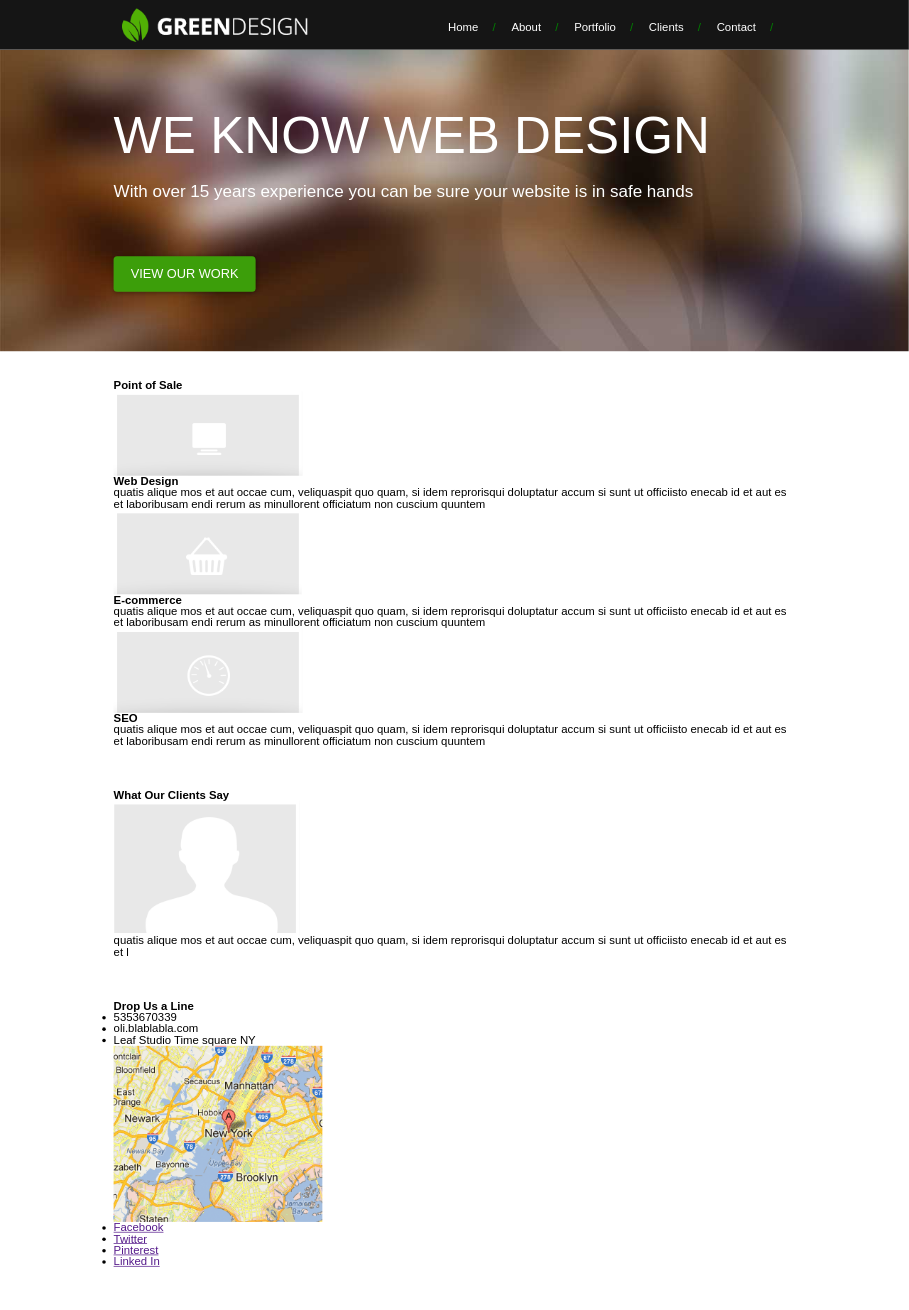
Repository: Piterwk1/psd-to-html
Page: website/index.html
The author's editor kept a copy of each file at every save. The page is drawn from the files as they stood at one save, then again after the next save.
The browser window is 1280 px wide. The pictures show the whole page, at 71% of full size.

Above is the page before, as saved 2021-09-14 20:57:07.

### website/index.html
<html lang="en">

<head>
    <meta charset="UTF-8">
    <meta http-equiv="X-UA-Compatible" content="IE=edge">
    <meta name="viewport" content="width=device-width, initial-scale=1.0">
    <title>Green Design</title>
    <link rel="stylesheet" href="style.css">
</head>

<body>
    <header>
        <div class="wrapper">
            <h1 id="logo">Green Design</h1>
            <nav>
                <h2>Main Navigation</h2>
                <ul>
                    <li><a href="">Home</a><span>/</span></li>
                    <li><a href="">About</a><span>/</span></li>
                    <li><a href="">Portfolio</a><span>/</span></li>
                    <li><a href="">Clients</a><span>/</span></li>
                    <li><a href="">Contact</a><span>/</span></li>
                </ul>
            </nav>
        </div>
    </header>
    <div id="lead-banner">
        <img src="images/Baner.jpg" alt="main banner">
        <div class="banner-overlay">
            <div class="wrapper">
                <div class="banner-title">We know web Design</div>
                <p>With over 15 years experience you can be sure your website is in safe hands</p>
                <a href="">View our work</a>
            </div>
        </div>
    </div>
    <div id="main-content">

        <div class="wrapper">

            <section id="points-of-sale">
                <h2>Point of Sale</h2>
                <ul>
                    <li>
                        <img src="images/cs1.png" alt="Web Design">
                        <h3>Web Design</h3>
                        <p>quatis alique mos et aut occae cum, veliquaspit quo quam, si idem reprorisqui doluptatur
                            accum si
                            sunt ut officiisto enecab id et aut es et laboribusam endi rerum as minullorent officiatum
                            non
                            cuscium quuntem</p>
                    </li>
                    <li>
                        <img src="images/cs2.png" alt="E-commerce">
                        <h3>E-commerce</h3>
                        <p>quatis alique mos et aut occae cum, veliquaspit quo quam, si idem reprorisqui doluptatur
                            accum si
                            sunt ut officiisto enecab id et aut es et laboribusam endi rerum as minullorent officiatum
                            non
                            cuscium quuntem</p>
                    </li>
                    <li>
                        <img src="images/cs3.png" alt="SEO">
                        <h3>SEO</h3>
                        <p>quatis alique mos et aut occae cum, veliquaspit quo quam, si idem reprorisqui doluptatur
                            accum si
                            sunt ut officiisto enecab id et aut es et laboribusam endi rerum as minullorent officiatum
                            non
                            cuscium quuntem</p>
                    </li>
                </ul>
            </section>
            <section id="clients">
                <h2>What Our Clients Say</h2>
                <img src="images/head.png" alt="head">
                <!-- <img src="images/quotes.png" alt="quotes"> -->
                <blockquote>quatis alique mos et aut occae cum, veliquaspit quo quam, si idem reprorisqui doluptatur
                    accum
                    si sunt ut officiisto enecab id et aut es et l</blockquote>
            </section>
            <section id="contact">
                <h2>Drop Us a Line</h2>
                <ul id="contact-methods">
                    <li>5353670339</li>
                    <li>oli.blablabla.com</li>
                    <li>
                        <span>Leaf Studio</span>
                        <span>Time square</span>
                        <span>NY</span>
                    </li>
                </ul>
                <img src="images/map.png" alt="map">
                <ul id="social-map">
                    <li class="facebook"><a href="">Facebook</a></li>
                    <li class="twitter"><a href="">Twitter</a></li>
                    <li class="pinterest"><a href="">Pinterest</a></li>
                    <li class="linked-in"><a href="">Linked In</a></li>
                </ul>
            </section>
        </div>
    </div>
</body>

</html>

### website/style.css
html,
body,
div,
span,
object,
iframe,
h1,
h2,
h3,
h4,
h5,
h6,
p,
blockquote,
pre,
abbr,
address,
cite,
code,
del,
dfn,
em,
img,
ins,
kbd,
q,
samp,
small,
strong,
sub,
sup,
var,
b,
i,
dl,
dt,
dd,
ol,
ul,
li,
fieldset,
form,
label,
legend,
table,
caption,
tbody,
tfoot,
thead,
tr,
th,
td,
article,
aside,
canvas,
details,
figcaption,
figure,
footer,
header,
hgroup,
menu,
nav,
section,
summary,
time,
mark,
audio,
video {
  margin: 0;
  padding: 0;
  border: 0;
  outline: 0;
  font-size: 100%;
  vertical-align: baseline;
  background: transparent;
  font-family: arial;
}

body {
  line-height: 1;
}

article,
aside,
details,
figcaption,
figure,
footer,
header,
hgroup,
menu,
nav,
section {
  display: block;
}

nav ul {
  list-style: none;
}

blockquote,
q {
  quotes: none;
}

blockquote:before,
blockquote:after,
q:before,
q:after {
  content: "";
  content: none;
}

a {
  margin: 0;
  padding: 0;
  font-size: 100%;
  vertical-align: baseline;
  background: transparent;
}

/* change colours to suit your needs */
ins {
  background-color: #ff9;
  color: #000;
  text-decoration: none;
}

/* change colours to suit your needs */
mark {
  background-color: #ff9;
  color: #000;
  font-style: italic;
  font-weight: bold;
}

del {
  text-decoration: line-through;
}

abbr[title],
dfn[title] {
  border-bottom: 1px dotted;
  cursor: help;
}

table {
  border-collapse: collapse;
  border-spacing: 0;
}

/* change border colour to suit your needs */
hr {
  display: block;
  height: 1px;
  border: 0;
  border-top: 1px solid #cccccc;
  margin: 1em 0;
  padding: 0;
}

input,
select {
  vertical-align: middle;
}

header div {
  display: flex;
  justify-content: space-between;
  width: 100%;
  max-width: 960px;
  margin: 0 auto;
}

.wrapper {
  width: 100%;
  max-width: 960px;
  margin: 0 auto;
}

header {
  background: #151515;
}

#logo {
  background: url(images/Logo.png) no-repeat;
  height: 70px;
  width: 280px;
  text-indent: -100000px;
}

header nav {
  margin-top: 30px;
  margin-right: 20px;
  width: 50%;
}

header nav h2 {
  height: 0;
  text-indent: -100000px;
}
header nav a {
  color: #fff;
  text-decoration: none;
  font-family: arial;
}

header nav ul {
  display: flex;
  justify-content: space-around;
}

header nav span {
  color: green;
  margin-left: 20px;
}

#lead-banner img {
  width: 100%;
}

#lead-banner {
  max-height: 440px;
  overflow: hidden;
  position: relative;
}

.banner-overlay {
  position: absolute;
  top: 20%;
  width: 100%;
}

.banner-title {
  color: #fff;
  text-transform: uppercase;
  font-size: 72px;
}

#lead-banner p {
  color: #fff;
  font-size: 24px;
  min-width: 600px;
  margin-top: 30px;
}

#lead-banner a {
  color: #fff;
  display: block;
  width: 200px;
  font-size: 18px;
  text-align: center;
  padding: 16px 0;
  text-decoration: none;
  text-transform: uppercase;
  border-radius: 5px;
  margin-top: 80px;
  box-shadow: 1px 1px 6px rgba(0, 0, 0, 0.4);

  /* Permalink - use to edit and share this gradient: https://colorzilla.com/gradient-editor/#3c9e0a+0,3c9e0a+100 */
  background: #3c9e0a; /* Old browsers */
  background: -moz-linear-gradient(
    top,
    #3c9e0a 0%,
    #3c9e0a 100%
  ); /* FF3.6-15 */
  background: -webkit-linear-gradient(
    top,
    #3c9e0a 0%,
    #3c9e0a 100%
  ); /* Chrome10-25,Safari5.1-6 */
  background: linear-gradient(
    to bottom,
    #3c9e0a 0%,
    #3c9e0a 100%
  ); /* W3C, IE10+, FF16+, Chrome26+, Opera12+, Safari7+ */
  filter: progid:DXImageTransform.Microsoft.gradient( startColorstr='#3c9e0a', endColorstr='#3c9e0a',GradientType=0 ); /* IE6-9 */
}

section {
    margin: 40px 0 60px;
}

section#points-of-sale ul {
    list-style: none;
}

After the next save:
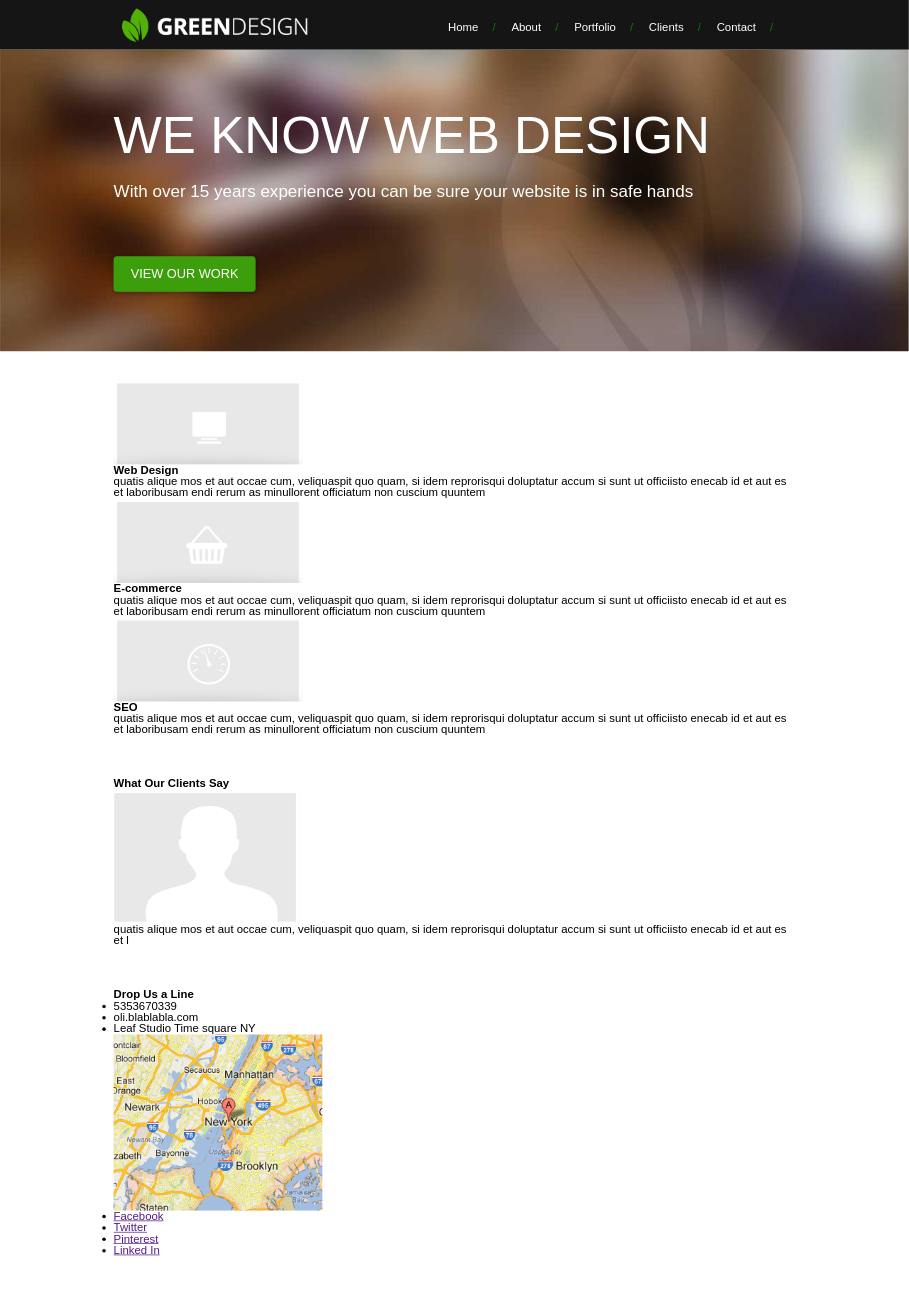
Saved 76 s later.
--- a/website/style.css
+++ b/website/style.css
@@ -285,3 +285,8 @@ section {
 section#points-of-sale ul {
     list-style: none;
 }
+
+#points-of-sale h2 {
+    height: 0;
+    text-indent: -10000px;
+}
